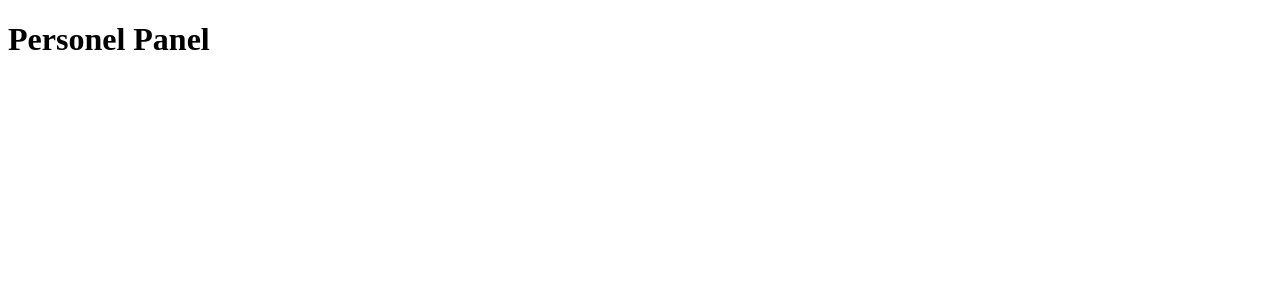
Repository: imrann0/sosyalyardim
Page: http://localhost/basic-webapp/Personel.jsp
The author's editor kept a copy of each file at every save. The page is drawn from the files as they stood at one save, then again after the next save.
The browser window is 1280 px wide. The pictures show the whole page.
The page is served by Tomcat 10. Other server files are loaded and not shown.

Above is the page before, as saved 2023-07-11 11:43:14.

### basic-webapp/src/main/webapp/Personel.jsp
<%@ page language="java" contentType="text/html; charset=ISO-8859-1"
    pageEncoding="ISO-8859-1"%>
<!DOCTYPE html>
<html>
<head>
<meta charset="ISO-8859-1">
<title>Insert title here</title>
<h1>Personel Panel</h1>
</head>
<body>

</body>
</html>

After the next save:
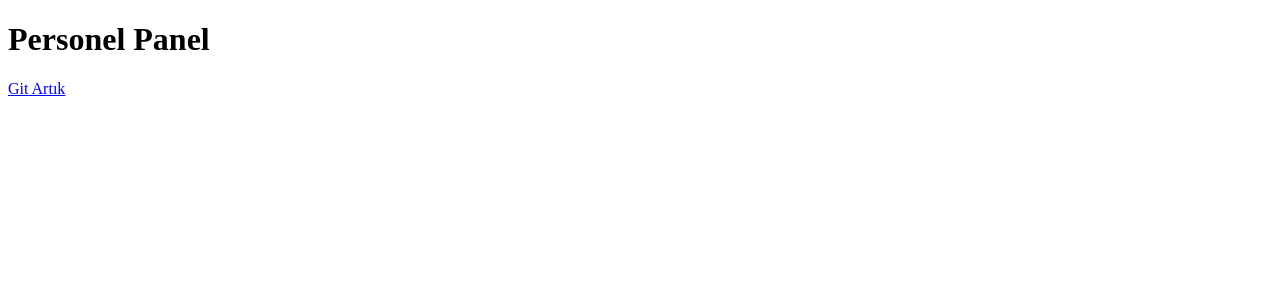
Saved 2 min 9 s later.
--- a/basic-webapp/src/main/webapp/Personel.jsp
+++ b/basic-webapp/src/main/webapp/Personel.jsp
@@ -1,11 +1,12 @@
-<%@ page language="java" contentType="text/html; charset=ISO-8859-1"
-    pageEncoding="ISO-8859-1"%>
+<%@ page language="java" contentType="text/html; charset=UTF-8" pageEncoding="UTF-8"%>
+<!DOCTYPE html>
 <!DOCTYPE html>
 <html>
 <head>
 <meta charset="ISO-8859-1">
 <title>Insert title here</title>
 <h1>Personel Panel</h1>
+<a href="index.jsp">Git Artık</a>
 </head>
 <body>
 
